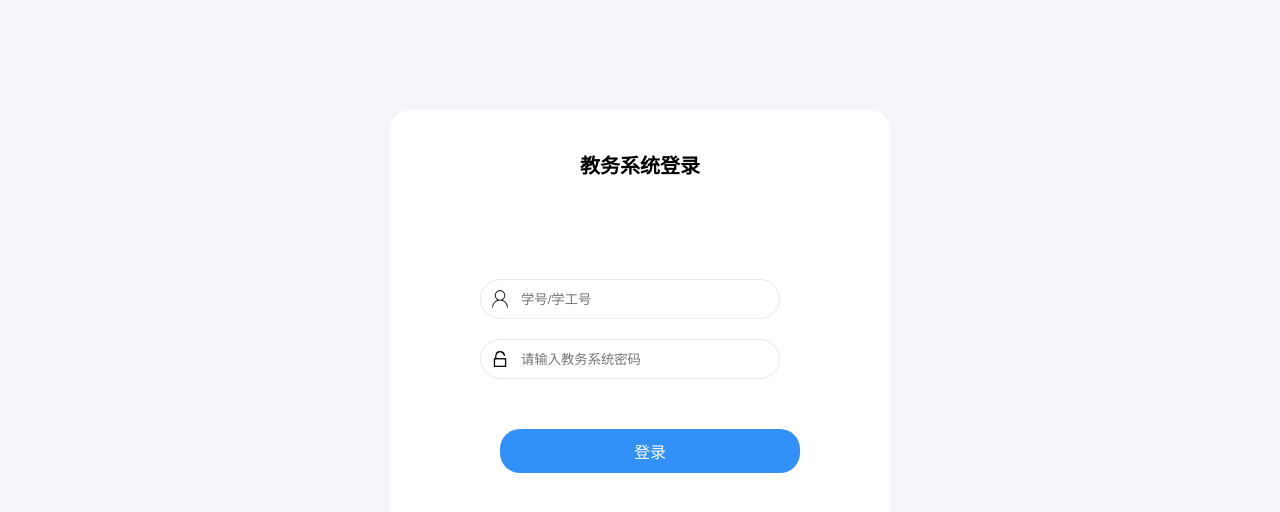
Repository: yangziteng/System
Page: / (app in myreact/)
These files come from the project's save history. The page is drawn as it stood at one moment and after the next save; the edit follows.
The browser window is 1280 px wide. The pictures show the whole page.
The project was rebuilt for these pictures with package versions that can differ from the ones it lists, and the page was loaded fresh each time. Also part of the build but not shown: myreact/vite.config.js, myreact/src/App.css, myreact/src/App.jsx, myreact/src/log.jsx.

Above is the page before, as saved 2022-07-08 14:55:57.

### myreact/src/main.jsx
import React from 'react'
import ReactDOM from 'react-dom/client'
import App from './App'
import LOG from './log'
import './index.css'
import Login from "./pages/Login/Login"
const p = {name:"杨",age:12}
ReactDOM.createRoot(document.getElementById('root')).render(
  <React.StrictMode>
    {/* //解构赋值 语法 */}

    <Login/>


  </React.StrictMode>
)

### myreact/src/pages/Login/Login.jsx
import { useState } from 'react'
import { Component } from 'react'
import "./Login.css"
import img2 from "./images/p.png"
import img from "./images/a.png" //引入图片
class Login extends Component {
    constructor() {
        super()
    }
    render() {
        return (
            <div className='bgc'>
                <div className='model'>
                    <div className='model-head'>教务系统登录</div>
                    <div className='model-body'>
                        <div className='username'>
                            <input type="text" placeholder='学号/学工号' className='model-body-input' >
                            </input>
                            <img className='img' src={img} alt="" />
                        </div>
                        <div className='pwd'>
                            <input type="password" placeholder='请输入教务系统密码' className='model-body-input' >
                            </input>
                            <img className='img' src={img2} alt="" />
                        </div>
                        <div className='model-end'>
                            登录
                        </div>
                    </div>

                </div>
            </div>
        )
    }
}
export default Login

### myreact/src/pages/Login/Login.css

.bgc{
    background-color: rgba(245,245,250);
    width: 100vw;
    height: 100vh;
    display:flex;
    align-items: center;
}
.model{
    width: 500px;
    height: 500px;
    background-color: white;
    border-radius: 20px;
    margin:0 auto;
}
.model-head{
    text-align: center;
    margin-top:40px;
    font-size: 20px;
    font-weight: 800;
}
.model-body{

    margin-top:100px;

}
.username{
    display: flex;
    justify-content: center;
    align-items: center;
    position: relative;

}
.pwd{
    display: flex;
    justify-content: center;
    align-items: center;
    position: relative;
    margin-top:20px
}
.model-body-input{
    width: 300px;
    height: 40px;
    outline: none;
    border-radius: 20px;
    padding-left:40px ;
    box-sizing: border-box;
    border:1px solid #e7e7e7
}

.img{
    width: 20px;
    height: 20px;
    position: relative;
    right: 290px;
    /* right:290px */
}
.model-end{
    width: 300px;
    background-color: rgba(50,145,248);
    /* letter-spacing: 40px; */
    border-radius: 20px;
    padding: 10px 0px;
    text-align: center;
    color:white;
    margin:0 auto;
    position: relative;
    left:10px;
    margin-top:50px;
}

Loaded but not shown: myreact/index.html (common file); myreact/src/index.css (common file)

After the next save:
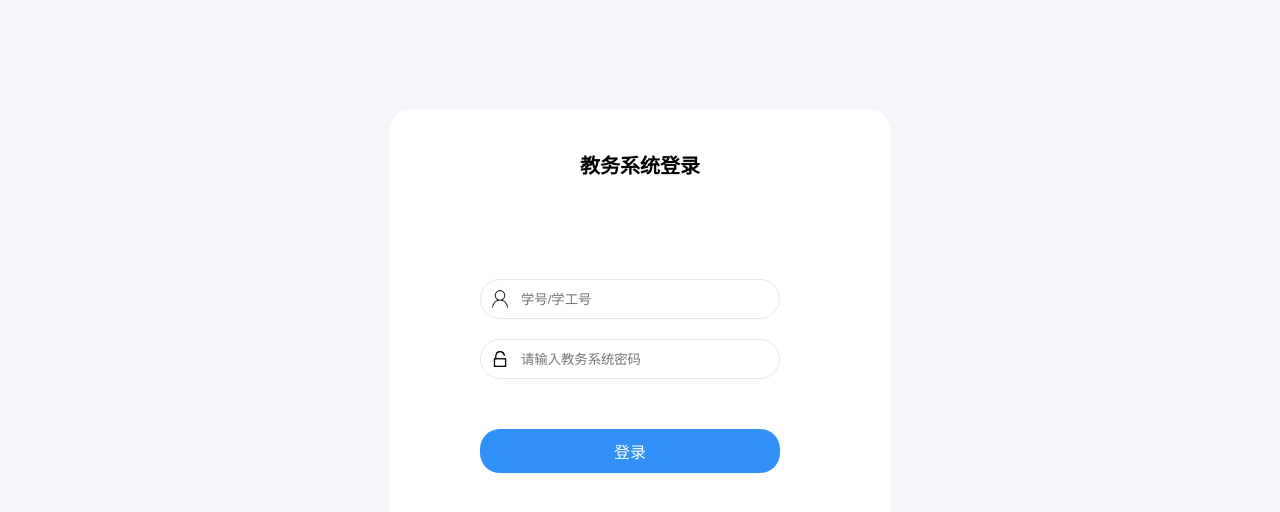
Saved 4 s later.
--- a/myreact/src/pages/Login/Login.css
+++ b/myreact/src/pages/Login/Login.css
@@ -65,6 +65,6 @@
     color:white;
     margin:0 auto;
     position: relative;
-    left:10px;
+    right:10px;
     margin-top:50px;
 }
